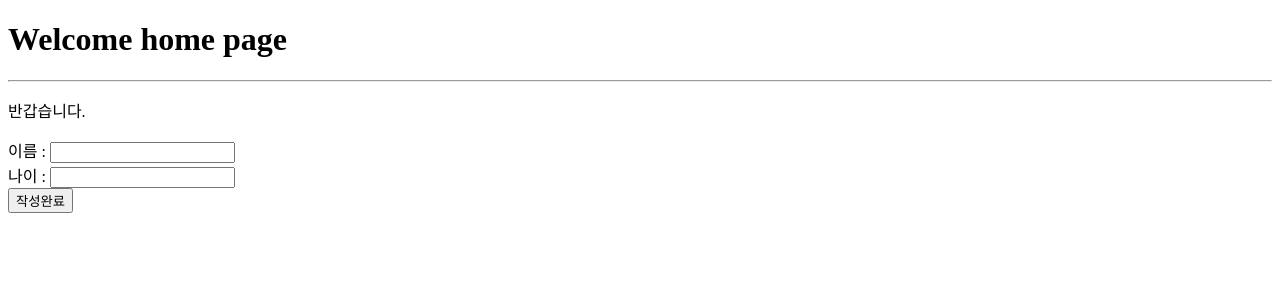
Repository: Cyoungju/workspace
Page: http://localhost/test/home.jsp
An editor plug-in stored every save of this project. The page is shown before and after the next save, followed by the edit.
The browser window is 1280 px wide. The pictures show the whole page.
The page is served by Tomcat 9.

Above is the page before, as saved 2024-01-31 05:19:10.

After the next save:
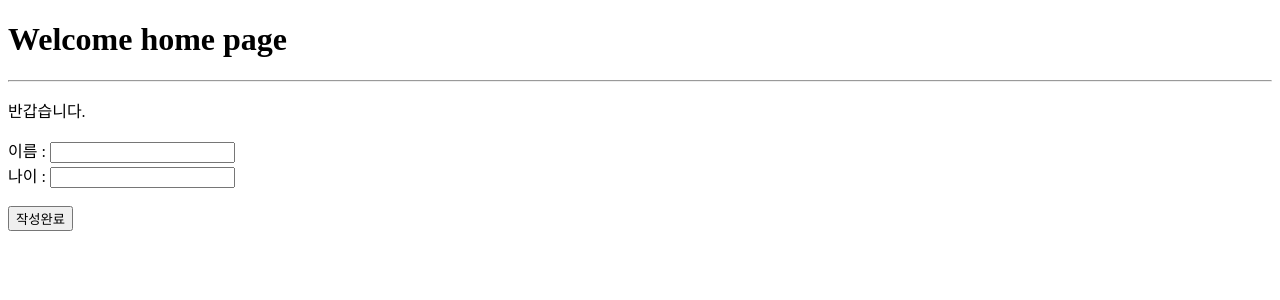
Saved 10 s later.
--- a/ws-jsp-servlet/test/src/main/webapp/home.jsp
+++ b/ws-jsp-servlet/test/src/main/webapp/home.jsp
@@ -15,7 +15,7 @@
 	<!-- 이름 나이 서버로 데이터 전송 -->
 	<form action="" method="get">
 		이름 : <input type="text" name="name"><br>
-		나이 : <input type="text" name="age"><br>
+		나이 : <input type="text" name="age"><br><br>
 		<input type="submit" value="작성완료">
 	</form>
 </body>
